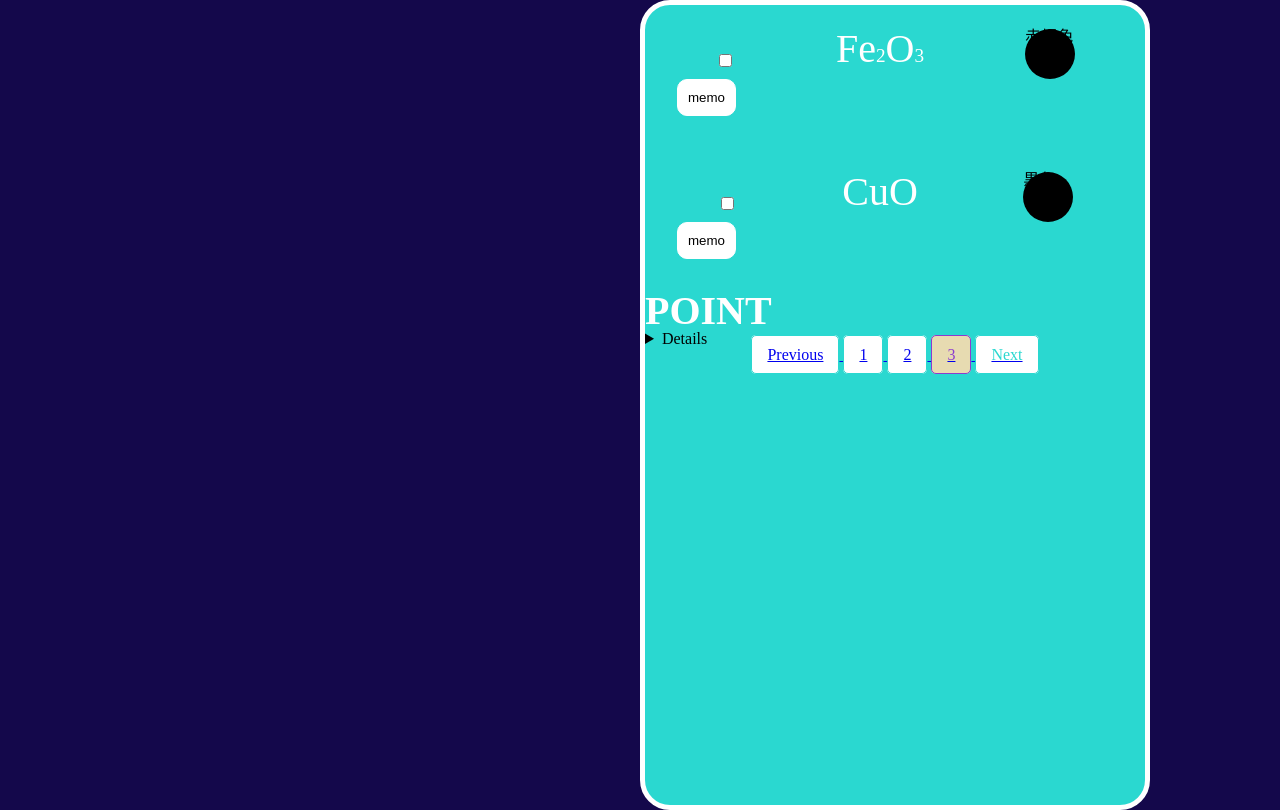
Repository: 1000sky/Inorganic_chemistry_application
Page: http://localhost/index6
These files come from the project's save history. The page is drawn as it stood at one moment and after the next save; the edit follows.
The browser window is 1280 px wide. The pictures show the whole page.
The page is served by the project's Laravel application, run on PHP 8.4 with Laravel 8. Other server files are loaded and not shown.

Above is the page before, as saved 2022-07-16 15:02:29.

### application/routes/web.php
<?php

use Illuminate\Support\Facades\Route;

/*
|--------------------------------------------------------------------------
| Web Routes
|--------------------------------------------------------------------------
|
| Here is where you can register web routes for your application. These
| routes are loaded by the RouteServiceProvider within a group which
| contains the "web" middleware group. Now create something great!
|
*/

Route::get('/home', function () {
    return view('welcome');
});

Route::get('/dashboard', function () {
    return view('dashboard');
})->middleware(['auth'])->name('dashboard');

require __DIR__.'/auth.php';



Route::get('/', function () {
    return view('index');
});

Route::get('/start', function () {
    return view('start');
})->middleware('auth');

Route::get('/explanation', function () {
    return view('explanation');
});

Route::get('/index2', function () {
    return view('index2');
});

Route::get('/index3', function () {
    return view('index3');
});

Route::get('/index4', function () {
    return view('index4');
});

Route::get('/index5', function () {
    return view('index5');
});

Route::get('/index6', function () {
    return view('index6');
});

Route::get('/index7', function () {
    return view('index7');
});

### application/resources/views/index6.blade.php
<!DOCTYPE html>
<html lang="ja">
<head>
    <meta charset="UTF-8">
    <meta name="viewport" content="width=device-width, initial-scale=1.0">
    <meta http-equiv="X-UA-Compatible" content="ie=edge">
    <title>Inorganic_chemistry_application</title>
    <link rel="stylesheet" href="css/reset.css" >
    <link rel="stylesheet" href="css/index.css" />

    <script language="JavaScript"><!--
      function setTF(fObj,vType)
      {
        fObj.style.visibility = vType;
      }
       --></script>
</head>
<body>
    <div class=card>
 {{-- 修正まだ --}}
        <div class=memorize>
          <input type="checkbox" class=checkbox name="">
          <div class=Chemical-formula>Fe<span>2</span>O<span>3</span></div>
          <div class=circle>赤褐色</div>
        </div>
        <form>
          <input type="button" class=button name="" value="memo" onClick="setTF(this.form.text1,'visible')">
          <input type="text" name="text1" style="visibility:hidden"><br>
        </form>
        <br>
        <br>


        <div class=memorize>
          <input type="checkbox" class=checkbox name="">
          <div class=Chemical-formula>CuO</div>
          <div class=circle>黒色</div>

        </div>
        <form>
          <input type="button" class=button name="" value="memo" onClick="setTF(this.form.text1,'visible')">
          <input type="text" name="text1" style="visibility:hidden"><br>
        </form>
        <br>
        <br>





      <div>
        <h3 class=point>POINT</h3>
       <details>

       </details>


     </div>



     <ul class="page">
       <li><a href="/index2">Previous</li>
       <li><a href="/">1</li>
       <li><a href="/index2">2</li>
       <li class="this">3</li>
       <li>Next</li>
       </ul>

     </div>


    </div>

</body>

### application/public/css/index.css
body {
    background-color: rgb(20, 8, 75);
}

.card {
  position: relative;
  top: 50%;
  left: 50%;
  width: 500px;
  height: 800px;

  background-color: rgb(42, 216, 208);
  border: solid 5px white;
  border-radius: 30px;
}
.checkbox{
    margin-top: 1rem;

}
.memorize{
  padding: 1.5rem 1.2rem 0;
  display: flex;
  justify-content: space-around;
}

.Chemical-formula {
    color: white;
    font-size: 2.5rem;
}

.circle{
  width: 50px;
  height: 50px;
  background: black;
  border-radius: 50%;

}
.circle:hover{
    background-color: white;

}

.button{
    margin-left: 2rem;
    border-radius: 10px;
    border: solid 1px white;
    background-color: white;
    padding: 10px;
}

span {
  font-size: 1.2rem;
}

.point {
   color: white;

  font-size: 2.5rem;
}
.h3 {

}


.page{


  text-align: center;
}

.page li{
  display: inline;
  padding:10px 15px;
  border:solid 1px ;
  border-radius: 5px ;
  color: rgb(42, 216, 208);
  background-color: white;


}



.page li a:hover {
  background-color: rgb(255, 231, 51);
  text-decoration: none;
}

.page li {

  text-decoration: none;
  color: rgb(42, 216, 208);
}

.page .this {
  background-color:rgb(231, 219, 177);
  color:rgb(140, 59, 206);
  text-decoration: none;
}

#point {
  display: flex;
	justify-content: center;

  cursor: pointer;
  width: 450px;
  text-align: center;
  border: 1px solid white;
  border-radius: 5px ;
}

#point-text {
  display: flex;
	justify-content: center;

  color: white;
}

Loaded but not shown: application/routes/auth.php (common file); application/public/css/reset.css (common file)

After the next save:
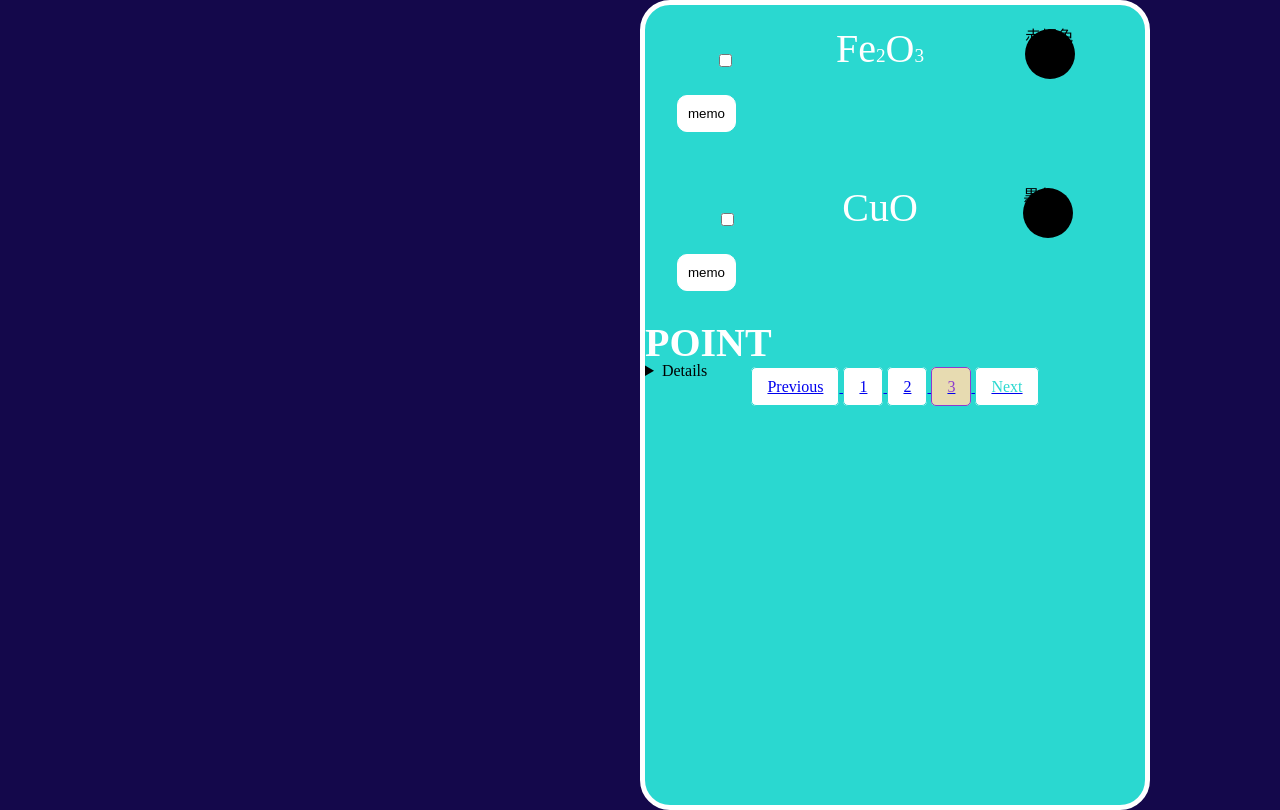
Saved 62 s later.
--- a/application/public/css/index.css
+++ b/application/public/css/index.css
@@ -41,7 +41,8 @@ body {
 }
 
 .button{
-    margin-left: 2rem;
+
+    margin: 1rem 0 0 2rem;
     border-radius: 10px;
     border: solid 1px white;
     background-color: white;
